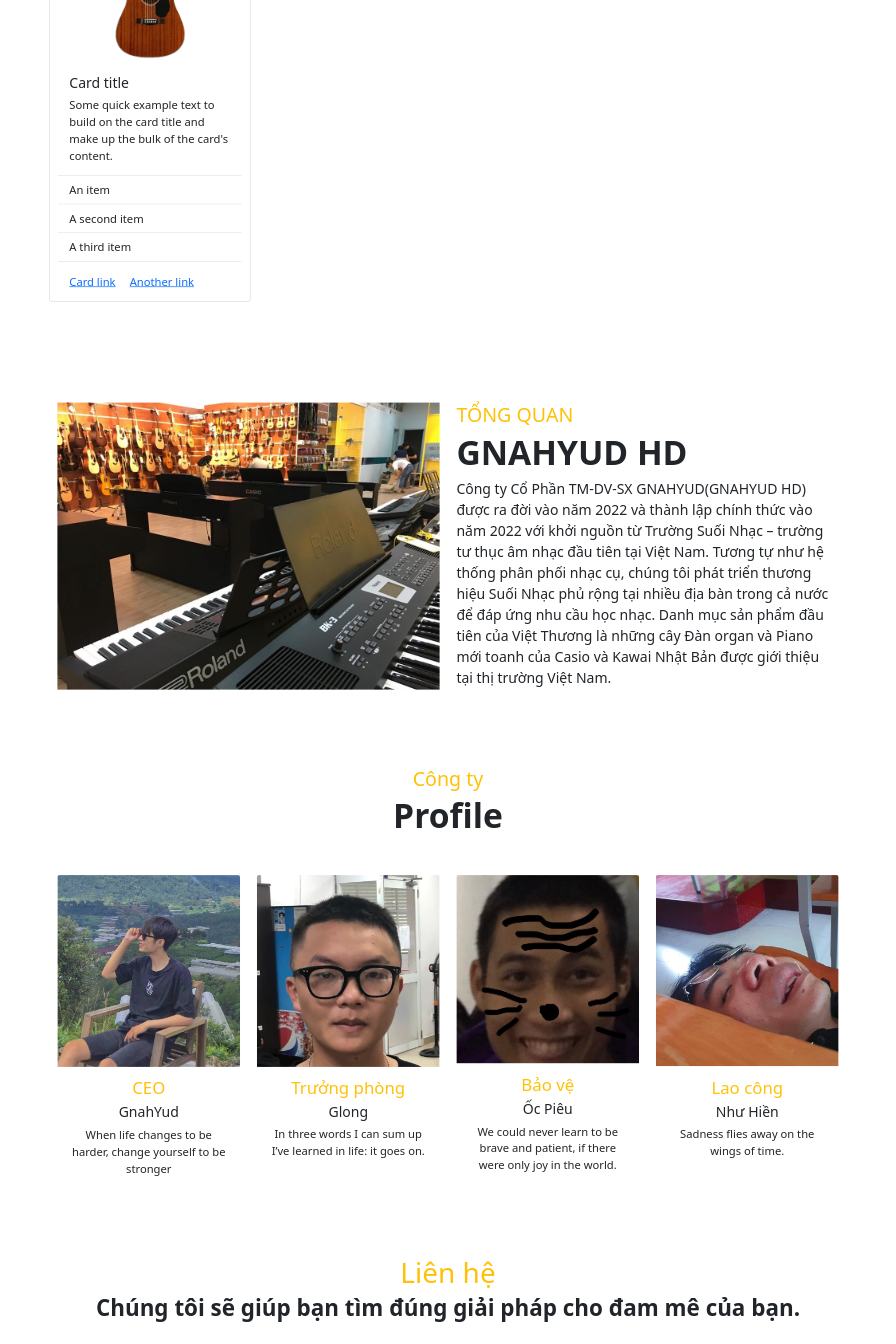
Repository: HoangDuy315/guitar
Page: index.html
An editor plug-in stored every save of this project. The page is shown before and after the next save, followed by the edit.
The browser window is 1280 px wide. The pictures show the part of the page from y = 2273 to 4193 px (the page is 5102 px tall before and 5118 px after), at 70% of full size.
Some web libraries are served in a nearby version.

Above is the page before, as saved 2022-09-16 14:56:19.

After the next save:
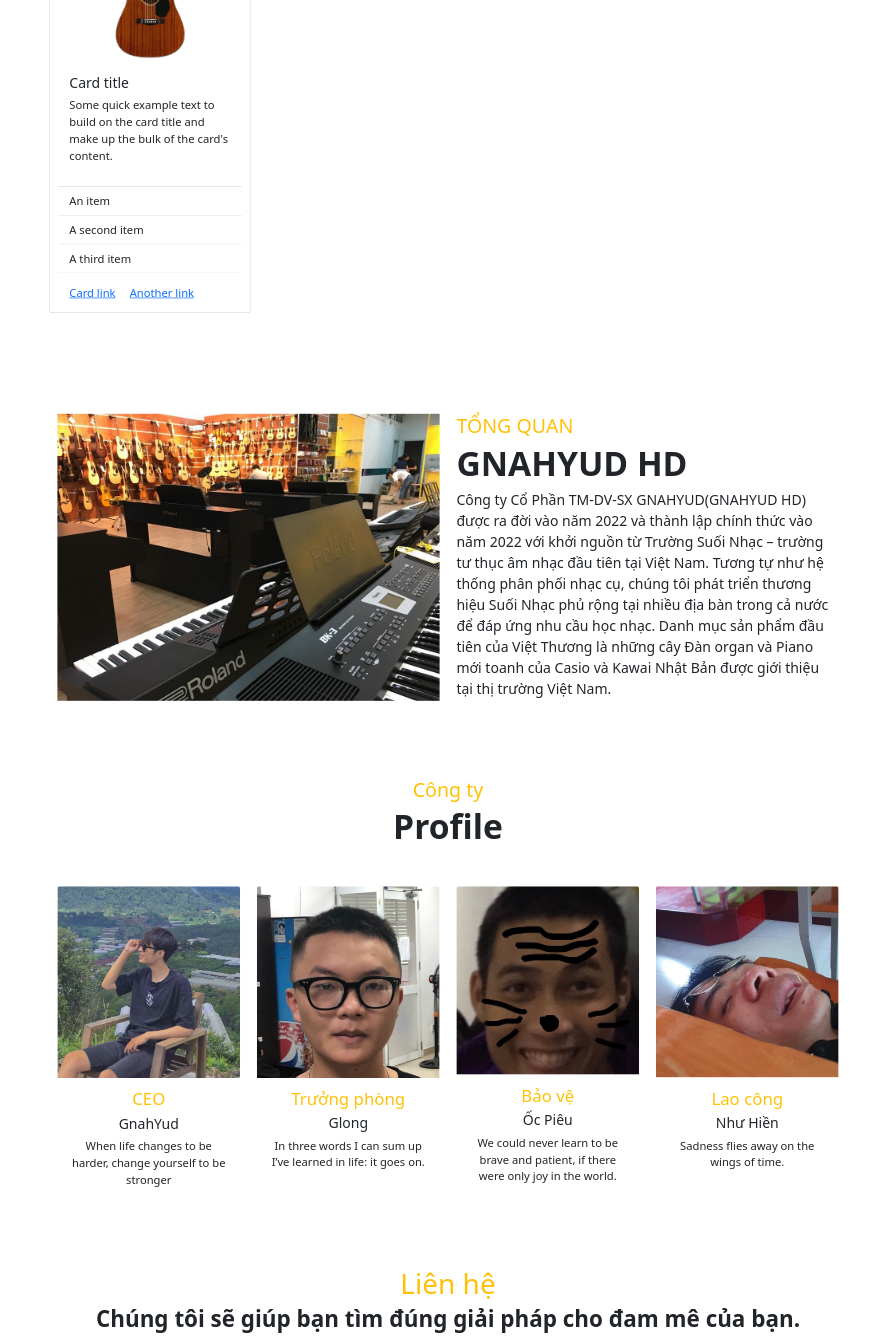
Saved 16 s later.
--- a/index.html
+++ b/index.html
@@ -195,7 +195,7 @@
 
                 <div class="card" style="width: 18rem;">
                   <img src="./assets/ac1.png" class="card-img-top" alt="...">
-                  <div class="card-body justify-content-center">
+                  <div class="card-body mb-3">
                     <h5 class="card-title">Card title</h5>
                     <p class="card-text">Some quick example text to build on the card title and make up the bulk of the card's content.</p>
                   </div>
